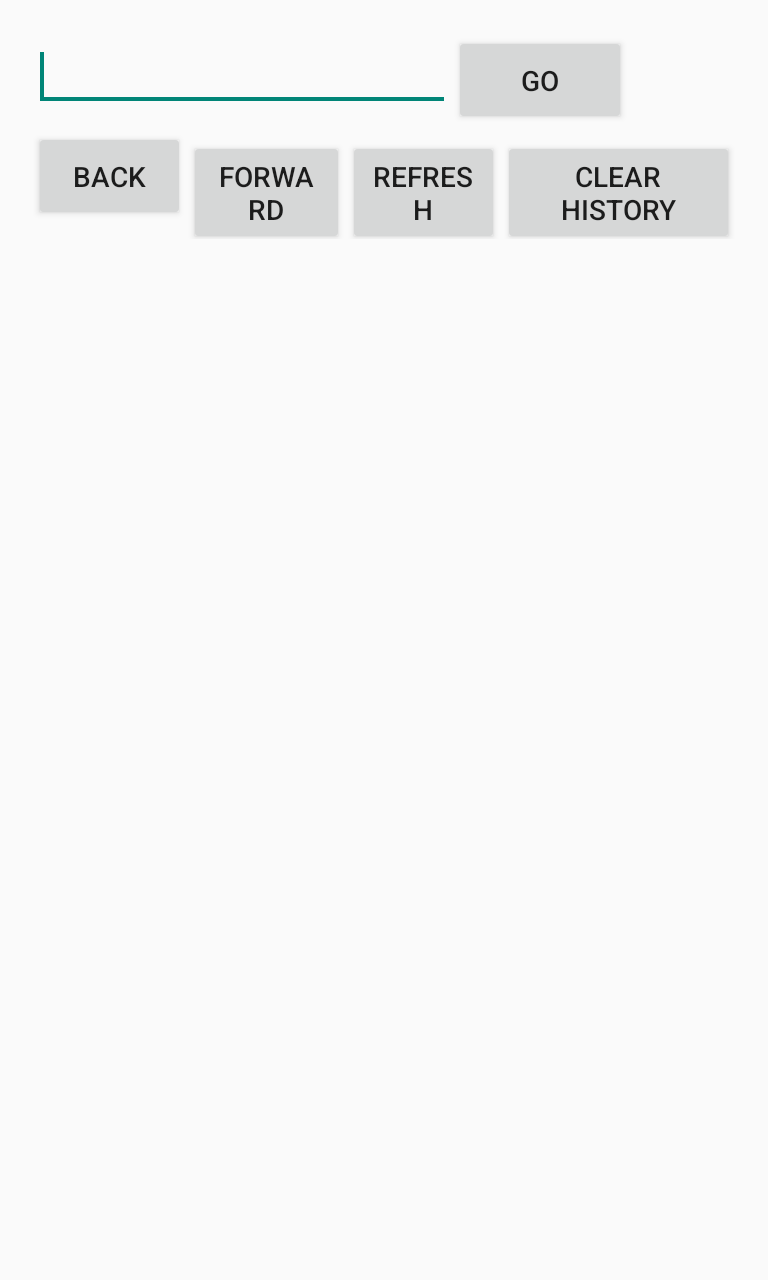
Repository: Attaphon1996/Engineering-Stuff
Layout: OSource/Android Play/Android_Projects/Bruno/res/layout/activity_main.xml
These files come from the project's save history. The layout is drawn as it stood at one moment and after the next save; the edit follows.
It is drawn on a 768 x 1280 px phone screen (xhdpi) without system bars, with theme AppTheme; the app's code is not run.

Above is the layout before, as saved 2014-12-23 17:36:52.

After the next save:
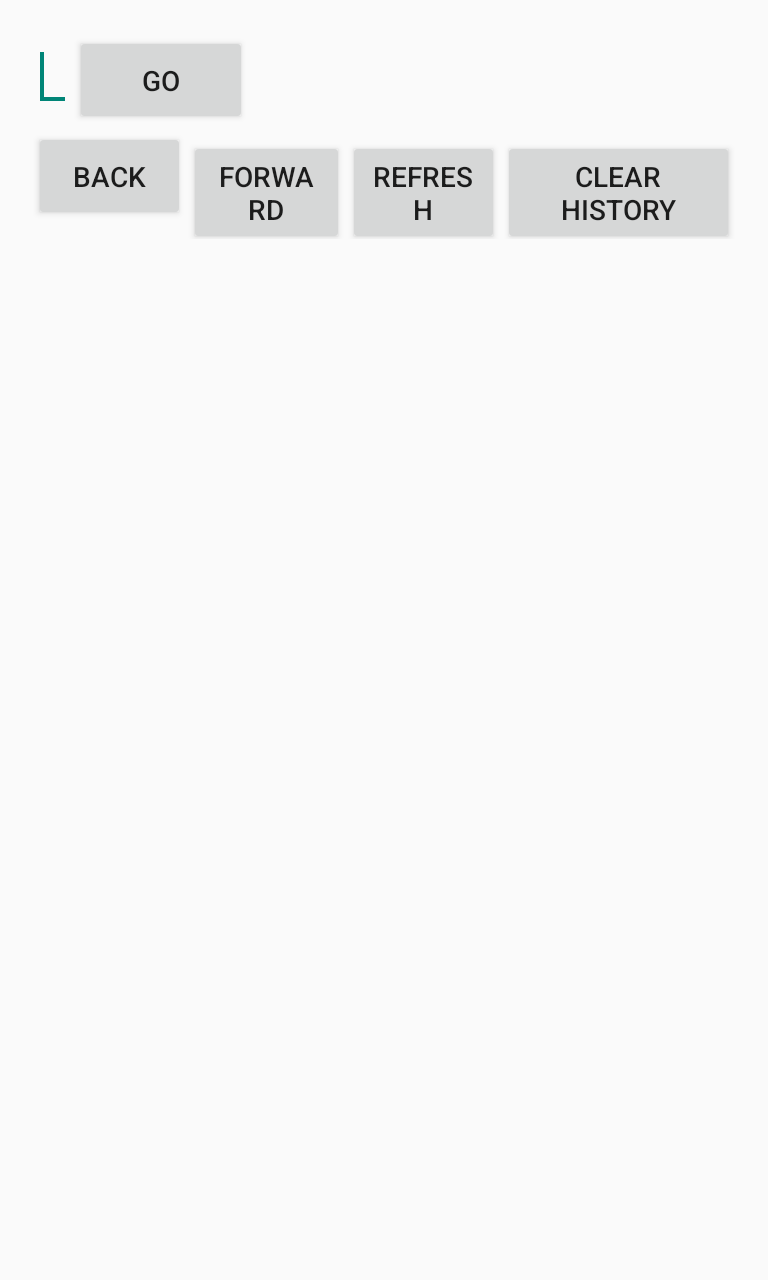
Saved 2 min 22 s later.
--- a/OSource/Android Play/Android_Projects/Bruno/res/layout/activity_main.xml
+++ b/OSource/Android Play/Android_Projects/Bruno/res/layout/activity_main.xml
@@ -17,7 +17,7 @@
         android:id="@+id/editText1"
         android:layout_width="match_parent"
         android:layout_height="wrap_content"
-        android:ems="10"
+
         android:layout_weight="40"
          >
 

After the save that followed:
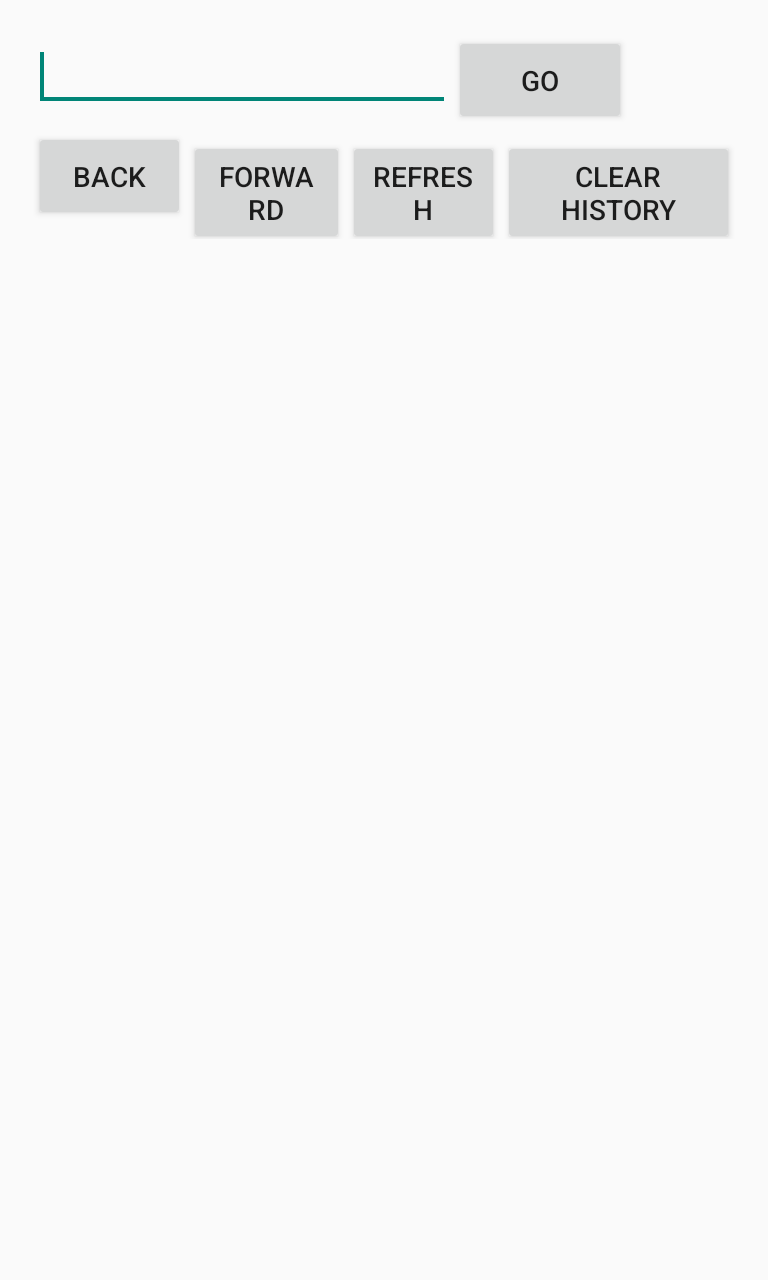
Saved 17 s later.
--- a/OSource/Android Play/Android_Projects/Bruno/res/layout/activity_main.xml
+++ b/OSource/Android Play/Android_Projects/Bruno/res/layout/activity_main.xml
@@ -17,7 +17,7 @@
         android:id="@+id/editText1"
         android:layout_width="match_parent"
         android:layout_height="wrap_content"
-
+        android:ems="10"
         android:layout_weight="40"
          >
 
